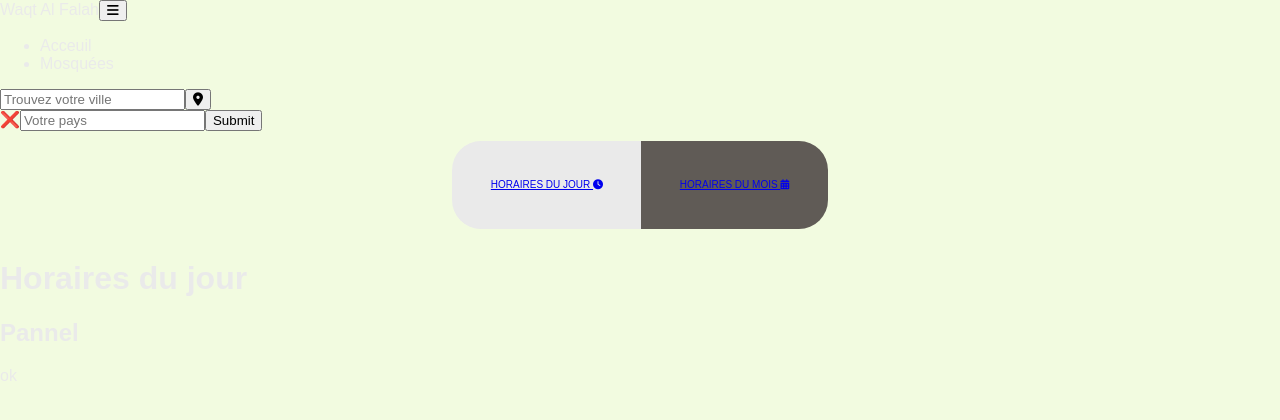
Repository: Lhourquin/Repo-Developpement-React-Prayer-Times
Page: /
An editor plug-in stored every save of this project. The page is shown before and after the next save, followed by the edit.
The browser window is 1280 px wide. The pictures show the whole page.
The page's requests for data from a server got no answer. Some web libraries are served in a nearby version. The project was rebuilt for these pictures with package versions that can differ from the ones it lists, and the page was loaded fresh each time. No one was signed in, and anything a server would have sent is missing. Also part of the build but not shown: src/components/navbar/NavBar.css, src/components/search-bar/searchbar.css, src/components/calendar-list/row-list.css, src/components/calendar-list/row-list.component.jsx, src/components/Calendar.js, src/components/day-list/horaireslist.css, src/components/time-table-pannel/pannel.css, src/components/DateNow.js.

Above is the page before, as saved 2022-01-30 18:56:49.

After the next save:
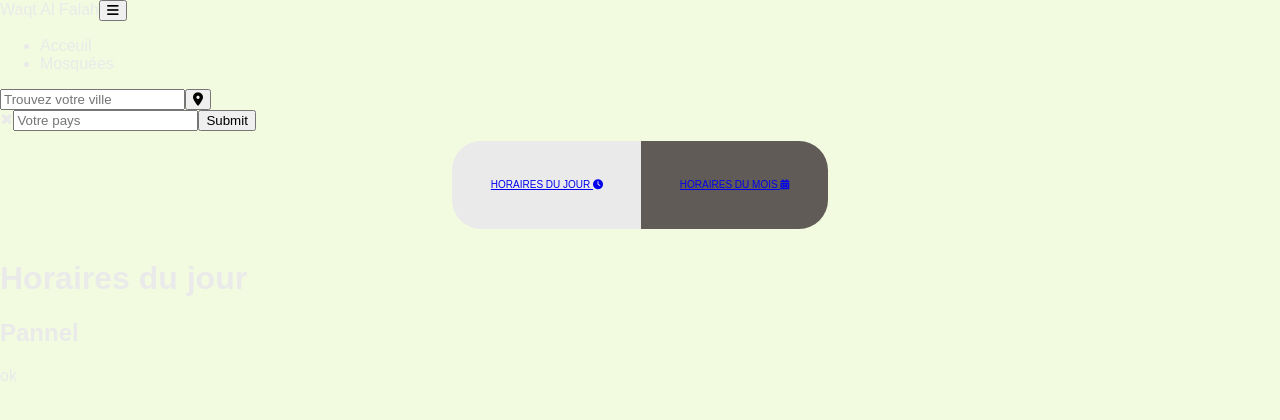
Saved 2 min 28 s later.
--- a/src/components/search-bar/SearchBar.js
+++ b/src/components/search-bar/SearchBar.js
@@ -35,7 +35,7 @@ export const SearchBar = ({ handleChange }) => {
 
       <div className={toggleInput ? "isClose" : " isOpen"}>
         <span className="cross" onClick={closeSearch}>
-          ❌
+        ✖
         </span>
         <input
           className="form__input--country"
